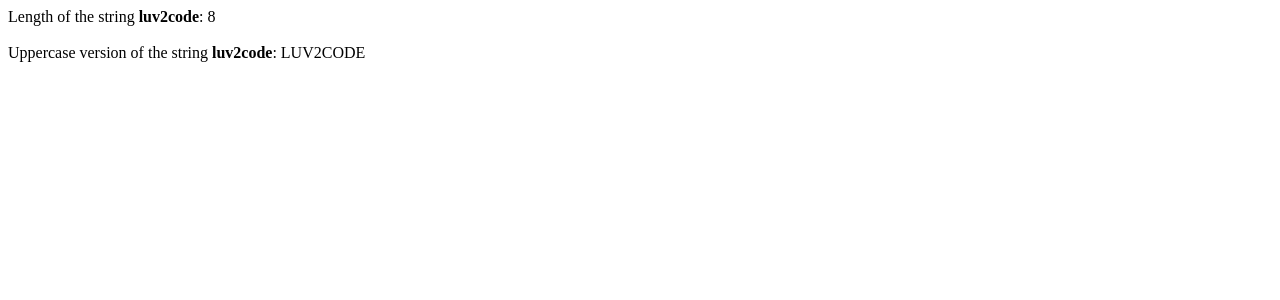
Repository: KMagee/JSP_Course
Page: http://localhost/tagdemo/function-test.jsp
These files come from the project's save history. The page is drawn as it stood at one moment and after a run of saves; the edit follows.
The browser window is 1280 px wide. The pictures show the whole page.
The page is served by Tomcat 9.

Above is the page before, as saved 2017-11-05 01:05:15.

After the next 2 saves:
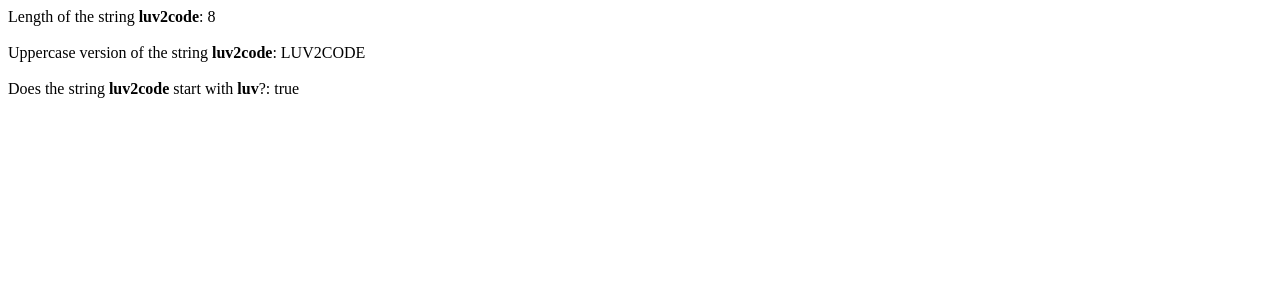
The 2 saves are shown as one change because 1 did not build or start.
The last was saved 4 min 41 s later.
--- a/tagdemo/WebContent/function-test.jsp
+++ b/tagdemo/WebContent/function-test.jsp
@@ -20,6 +20,11 @@
 
 Uppercase version of the string <b>${data}</b>: ${fn:toUpperCase(data)}
 
+<br/>
+<br/>
+
+Does the string <b>${data}</b> start with <b>luv</b>?: ${fn:startsWith(data, "luv")}
+
 
 
 </body>
